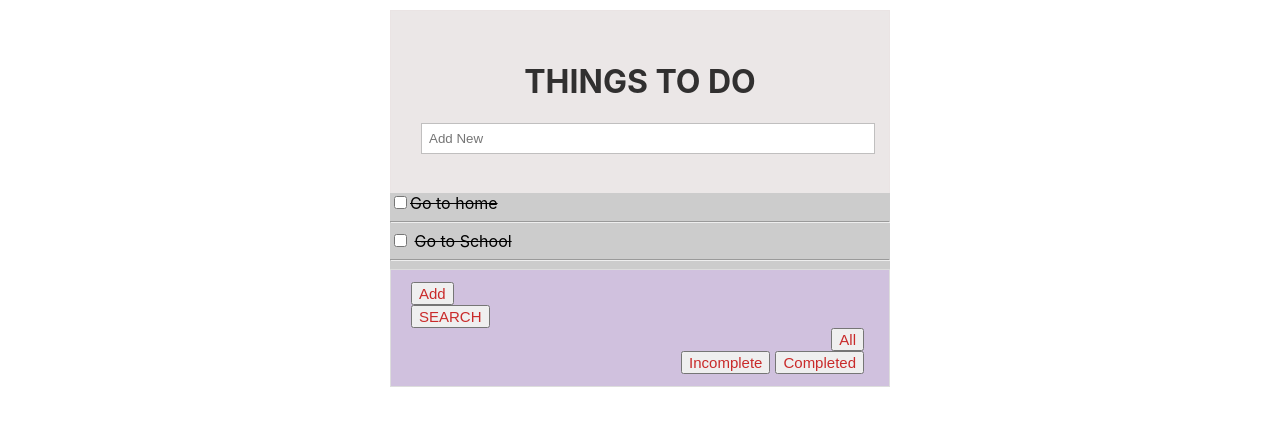
Repository: kirangautam45/To-Do-Application
Page: /
An editor plug-in stored every save of this project. The page is shown before and after a run of saves, followed by the edit.
The browser window is 1280 px wide. The pictures show the whole page.
The project was rebuilt for these pictures with package versions that can differ from the ones it lists, and the page was loaded fresh each time.

Above is the page before, as saved 2022-08-11 14:38:24.

After the next 4 saves:
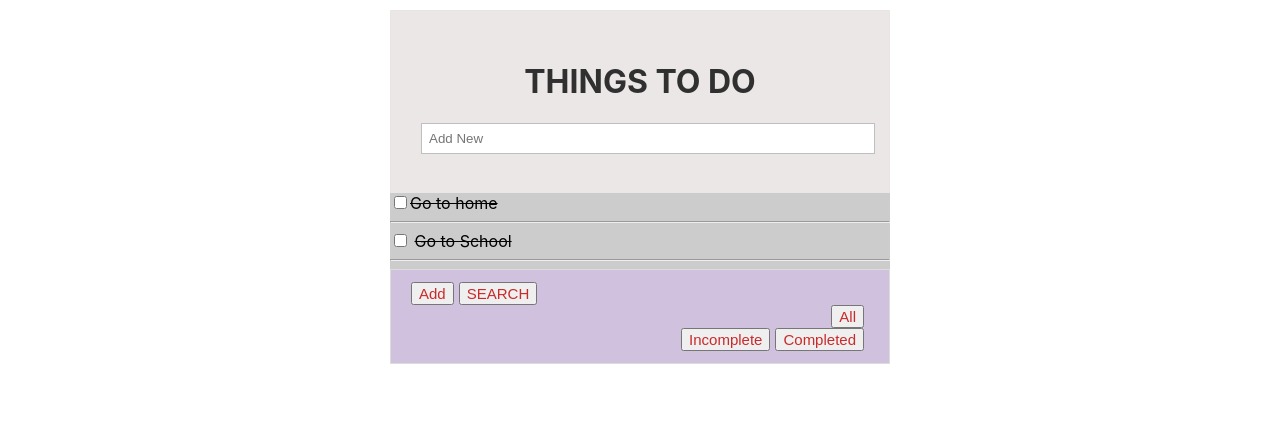
The 4 saves are shown as one change because they came seconds apart.
The last was saved 19 s later.
--- a/src/App.js
+++ b/src/App.js
@@ -20,7 +20,7 @@ function App() {
         <div>
           <div className="Icon">
             <div className="Icon_left">
-            <div>  <button className="Icon_button">Add</button></div>
+              <button className="Icon_button">Add</button>
               <button className="Icon_button">SEARCH</button>
             </div>
             <div className="Icon_right">
